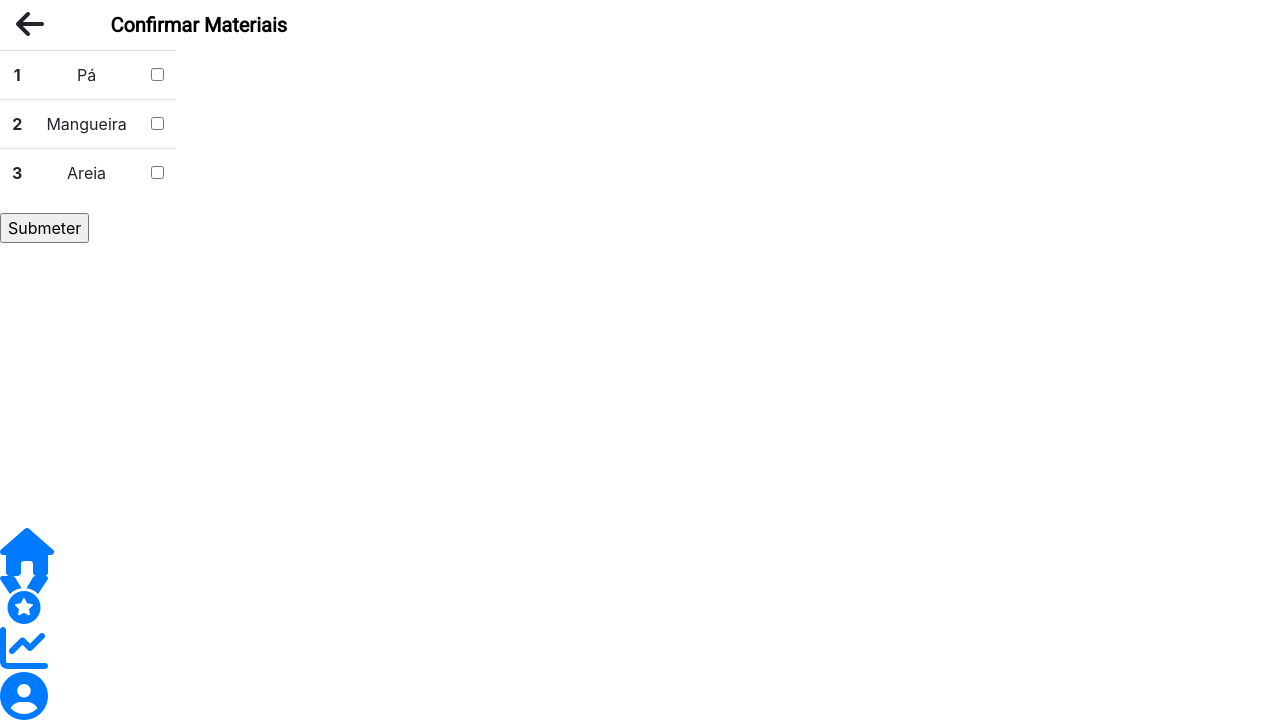
Repository: grupodetrabalhoeficiente/D213
Page: D213/Frontend/ConfirmarMateriais.html
The author's editor kept a record of every edit. The page is drawn from the files as they stood at one moment, then again after the next edit.
The browser window is 1280 px wide. The pictures show the whole page.
Some web libraries are served in a nearby version.

Above is the page before.

### D213/Frontend/ConfirmarMateriais.html
<!DOCTYPE html>
<html>
    <head>
        <meta charset="utf-8">
    <meta name="viewport" content="width=device-width, initial-scale=1, maximum-scale=1, user-scalable=no">
    <link href="https://fonts.googleapis.com/css?family=Inter&display=swap" rel="stylesheet" />
    <link href="https://fonts.googleapis.com/css?family=Roboto&display=swap" rel="stylesheet" />
    <link href="./ConfirmarMateriais.css" rel="stylesheet" />
    <link rel="stylesheet" href="https://cdn.jsdelivr.net/npm/bootstrap@4.5.3/dist/css/bootstrap.min.css" integrity="sha384-TX8t27EcRE3e/ihU7zmQxVncDAy5uIKz4rEkgIXeMed4M0jlfIDPvg6uqKI2xXr2" crossorigin="anonymous">
    <script src="https://kit.fontawesome.com/e195162fd2.js" crossorigin="anonymous"></script>
    <title>Secure4All</title>
    </head>
    <body>
  <div class="screen">
        <!--navbar-->
    <nav class="navbar fixed-top">
        <a><i id="goBack"class="fas fa-arrow-left fa-2x"></i></a>
        <span class="title">Confirmar Materiais</span>
    </nav>
    <!--tabela-->
    <div class="TabelaDiv">
    <table class="table">
  <thead>
    <tr>
      <th scope="col">#</th>
      <th scope="col">Materiais</th>
      <th scope="col"></th>
    </tr>
  </thead>
  <tbody>
    <tr>
      <th scope="row">1</th>
      <td>Pá</td>
      <td>
          <input type="checkbox" class="MaterialCheck"/>
      </td>
    </tr>
    <tr>
      <th scope="row">2</th>
      <td>Mangueira</td>
      <td>
        <input type="checkbox" class="MaterialCheck"/>
      </td>
    </tr>
    <tr>
      <th scope="row">3</th>
      <td>Areia</td>
      <td>
         <input type="checkbox" class="MaterialCheck"/>
      </td>
    </tr>
  </tbody>
</table>
</div>
<!--botao confirmar-->
<input id="submit" type ="button" class="SubmeterClass" id="SubmeterId" value="Submeter"></input>
<!--MENUBAR-->
<nav class="menubar fixed-bottom">
            <ul class="nav navbar-nav">
                <li><a href="MenuPrincipal.html"><i class="fa fa-home fa-3x"></i></a></li>
                <li><a href="Ranks.html"><i class="fa fa-medal fa-3x"></i></a></li>
                <li><a href="HistoricoOcorrencias.html"><i class="fa fa-chart-line fa-3x"></i></a></li>
                <li><a href="PerfilUpdate.html"><i class="fas fa-user-circle fa-3x"></i></a></li>
            </ul>
        </nav>
    </div>
    </body>
</html>

### D213/Frontend/ConfirmarMateriais.css
.screen {
  width:100%;
  height:100%;
  max-width: 414px;
  max-height: 736px;
  background: rgba(255,255,255,1);
  opacity: 1;
  position: absolute;
  overflow: hidden;
  z-index:-1;
}
/*NAVBAR*/
.navbar{
  width: 100%;
  max-width:414px;
  background-color: rgba(255,255,255,1);
  z-index:3;
  text-align:center;
  overflow: hidden;

}
.title {
  color: rgba(0,0,0,1);
  width: 100%;
  right: 2%;
  font-family: Roboto;
  font-weight:Bolder;
  font-size: 20px;
  opacity: 1;
  text-align: center;
  z-index:1;
  position:absolute;

}
/*TABELA*/
.table{
    position: relative;
    width: 90%;
    height: 6%;
    top: 10%;
    display: block;
    margin-left: auto;
    margin-right: auto;
    text-align: center;
}

After the next edit:
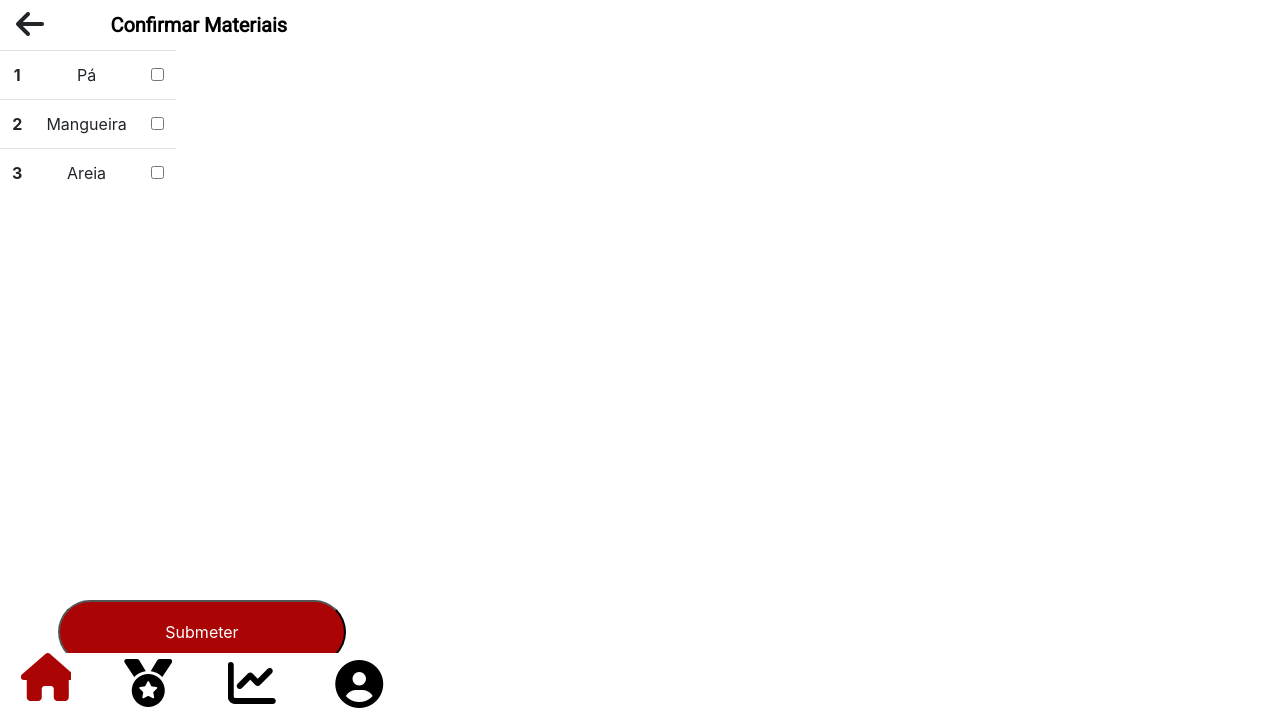
The edit:
--- a/D213/Frontend/ConfirmarMateriais.css
+++ b/D213/Frontend/ConfirmarMateriais.css
@@ -43,3 +43,86 @@
     margin-right: auto;
     text-align: center;
 }
+/* botao confirmar*/
+.SubmeterClass{
+    height:100%;
+    width:100%;
+    max-width:288px;
+    max-height:64px;
+    border-top-left-radius: 100px;
+    border-top-right-radius: 100px;
+    border-bottom-left-radius: 100px;
+    border-bottom-right-radius: 100px;
+    position:absolute;
+    top:600px;
+    left:58px;
+    background-color:#AB0404;
+    color:white;
+}
+/*Menubar*/
+.menubar{
+  width:100%;
+  max-width:414px;
+  background-color: rgba(255,255,255,1);
+  z-index:1;
+  float: center;
+  overflow: hidden;
+  height:67px;
+  max-height:100%;
+  display:block;
+}
+.menubar i:hover {  /* para brincar um bocado */
+  color:rgba(171,4,4,1);
+}
+.fa-home {
+  max-width: 50px;
+  max-height: 50px;
+  color: rgba(171,4,4,1);
+  background-repeat: no-repeat;
+  background-size: cover;
+  opacity: 1;
+  position: relative;
+  top: 10%;
+  left:5%;
+  overflow: hidden;
+  z-index:2;
+}
+.fa-medal {
+  max-width: 50px;
+  max-height: 50px;
+  color: rgba(0,0,0,1);
+  background-repeat: no-repeat;
+  background-size: cover;
+  opacity: 1;
+  position: absolute;
+  bottom: 20%;
+  left: 30%;
+  overflow: hidden;
+  z-index:2;
+}
+.fa-chart-line {
+  max-width: 50px;
+  max-height: 50px;
+  color: rgba(0,0,0,1);
+  background-repeat: no-repeat;
+  background-position: center center;
+  background-size: cover;
+  opacity: 1;
+  position: absolute;
+  bottom: 20%;
+  left: 55%;
+  overflow: hidden;
+  z-index:2;
+}
+.fa-user-circle {
+  max-width: 50px;
+  max-height: 50px;
+  color: rgba(0,0,0,1);
+  opacity: 1;
+  position: absolute;
+  top: 5%;
+  left: 80%;
+  border: 4px solid rgba(89,11,11,0);
+  /*box-shadow: 0px 4px 20px rgba(0.3958333432674408, 0.3958333432674408, 0.3958333432674408, 0.15000000596046448);*/
+  z-index:2;
+}
